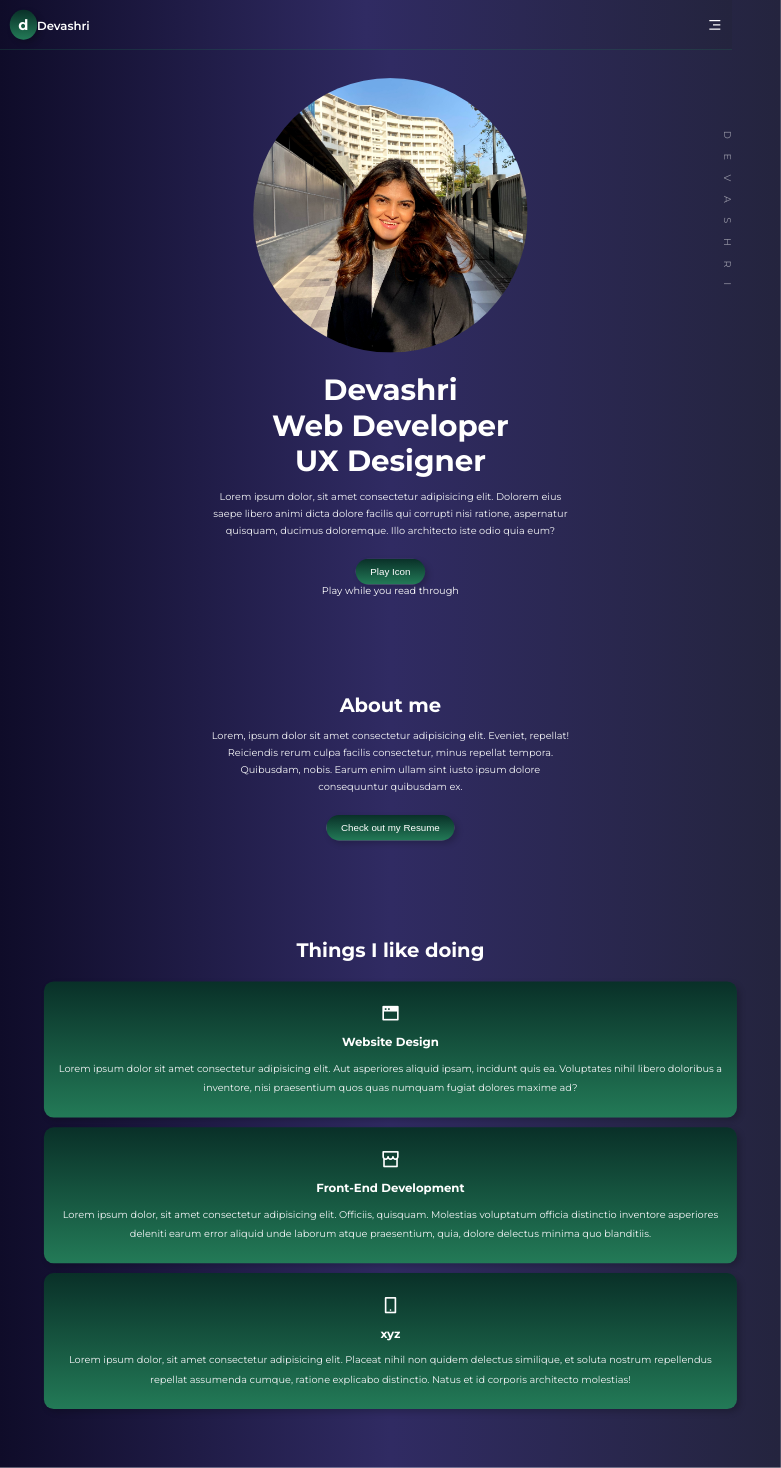
Repository: devashrisamani/devashrisamani.github.io
Page: index.html
These files come from the project's save history. The page is drawn as it stood at one moment and after the next save; the edit follows.
The browser window is 1280 px wide. The pictures show the whole page, at 61% of full size.

Above is the page before, as saved 2025-09-24 19:44:35.

### index.html
<!DOCTYPE html>
<html lang="en">
  <head>
    <meta charset="UTF-8" />
    <meta http-equiv="X-UA-Compatible" content="IE=edge" />
    <meta name="viewport" content="width=device-width, initial-scale=1.0" />
    <title>Dev's portfolio</title>
    <link rel="preconnect" href="https://fonts.googleapis.com" />
    <link rel="preconnect" href="https://fonts.gstatic.com" crossorigin />
    <link
      href="https://fonts.googleapis.com/css2?family=Inter:ital,opsz,wght@0,14..32,100..900;1,14..32,100..900&family=Lora:ital,wght@0,400..700;1,400..700&family=Montserrat:ital,wght@0,100..900;1,100..900&family=Sacramento&display=swap"
      rel="stylesheet"
    />
    <link
      href="https://cdn.jsdelivr.net/npm/remixicon@3.5.0/fonts/remixicon.css"
      rel="stylesheet"
    />
    <link rel="stylesheet" href="/css/styles.css" />
  </head>
  <body>
    <nav>
      <div class="nav__bar">
        <a href="#"><span class="logo nav_logo">d</span>Devashri</a>
        <div class="nav__menu__btn" id="menu-btn">
          <!-- Icons from remix icon -->
          <i class="ri-menu-3-line"></i>
        </div>
      </div>
      <ul class="nav__links" id="nav-links">
        <li><a href="#home">Home</a></li>
        <li><a href="#about">About</a></li>
        <li><a href="#service">Service</a></li>
        <li><a href="#portfolio">Portfolio</a></li>
        <li><a href="#contact" class="btn">Contact</a></li>
        <a href="#contact" class="btn btn__large">Contact</a>
      </ul>
    </nav>
    <header class="section__container header__container" id="home">
      <div class="header__image">
        <img src="images/DevashriSamani.jpg" alt="profile" />
      </div>
      <div class="header__content">
        <div>
          <h1>
            Devashri <br />
            Web Developer <br />
            UX Designer
          </h1>
        </div>
        <p class="section__description">
          Lorem ipsum dolor, sit amet consectetur adipisicing elit. Dolorem eius
          saepe libero animi dicta dolore facilis qui corrupti nisi ratione,
          aspernatur quisquam, ducimus doloremque. Illo architecto iste odio
          quia eum?
        </p>
        <div class="header__btn">
          <button class="btn">Play Icon</button>
        </div>
        <p>Play while you read through</p>
      </div>
    </header>

    <section class="section__container about__container" id="about">
      <div class="about__image"></div>
      <div class="about__content">
        <h2 class="section__header">About me</h2>
        <p class="section__description">
          Lorem, ipsum dolor sit amet consectetur adipisicing elit. Eveniet,
          repellat! Reiciendis rerum culpa facilis consectetur, minus repellat
          tempora. Quibusdam, nobis. Earum enim ullam sint iusto ipsum dolore
          consequuntur quibusdam ex.
        </p>
        <div class="about__btn">
          <button class="btn">Check out my Resume</button>
        </div>
      </div>
    </section>

    <section class="section__container service__container" id="service">
      <h2 class="section__header">Things I like doing</h2>
      <div class="service__grid">
        <div class="service__card">
          <span><i class="ri-window-fill"></i></span>
          <h4>Website Design</h4>
          <p>
            Lorem ipsum dolor sit amet consectetur adipisicing elit. Aut
            asperiores aliquid ipsam, incidunt quis ea. Voluptates nihil libero
            doloribus a inventore, nisi praesentium quos quas numquam fugiat
            dolores maxime ad?
          </p>
        </div>
        <div class="service__card">
          <span><i class="ri-store-line"></i></span>
          <h4>Front-End Development</h4>
          <p>
            Lorem ipsum dolor, sit amet consectetur adipisicing elit. Officiis,
            quisquam. Molestias voluptatum officia distinctio inventore
            asperiores deleniti earum error aliquid unde laborum atque
            praesentium, quia, dolore delectus minima quo blanditiis.
          </p>
        </div>
        <div class="service__card">
          <span><i class="ri-smartphone-line"></i></span>
          <h4>xyz</h4>
          <p>
            Lorem ipsum dolor, sit amet consectetur adipisicing elit. Placeat
            nihil non quidem delectus similique, et soluta nostrum repellendus
            repellat assumenda cumque, ratione explicabo distinctio. Natus et id
            corporis architecto molestias!
          </p>
        </div>
      </div>
    </section>

    <!-- Portfolio Container -->
    <section class="seciton__container portfolio__container" id="portfolio">
      <h2 class="section__header"
    </section>
  </body>
</html>

### css/styles.css
/* Font Variables */
:root {
  --font-sacramento: "Sacramento", cursive;
  --font-lora: "Lora", serif;
  --font-inter: "Inter", serif;
  --font-montserrat: "Montserrat", sans-serif;
}

/* Color Variables */

:root {
  --primary-color: #093028;
  --secondary-color: #237a57;
  --extra-light: #f3f4f6;
  --white: #ffffff;
  --gradient-1: linear-gradient(to right, #0f0c29, #302b63, #24243e);
  --gradient-2: linear-gradient(
    to bottom,
    var(--primary-color),
    var(--secondary-color)
  );
  --max-width: 1200px;
}

* {
  padding: 0;
  margin: 0;
  box-sizing: border-box;
}

html,
body {
  scroll-behavior: smooth;
}

body {
  font-family: "Montserrat", sans-serif;
  color: var(--white);
  background-image: var(--gradient-1);
}

.section__container {
  max-width: var(--max-width);
  margin: auto;
  padding: 5rem 2rem;
}

.section__header {
  margin-bottom: 1rem;
  font-size: 2rem;
  font-weight: 700;
  text-align: center;
}

.btn {
  padding: 0.75rem 1.5rem;
  font-size: 1rem;
  font-weight: 500;
  color: var(--white);
  background-image: var(--gradient-2);
  outline: none;
  border: none;
  border-radius: 5rem;
  cursor: pointer;
  box-shadow: 5px 5px 10px rgba(0, 0, 0, 0.2);
}

/* Navbar - Change the logo later */
.logo {
  display: inline-block;
  padding: 10px 14px;
  font-size: 1.5rem;
  font-weight: 700;
  color: var(--white);
  background-image: var(--gradient-2);
  border-radius: 100%;
  box-shadow: 5px 5px 10px rgba(0, 0, 0, 0.2);
}

nav {
  position: fixed;
  isolation: isolate;
  top: 0;
  width: 100%;
  max-width: var(--max-width);
  margin: auto;
  z-index: 9;
}

.nav__bar {
  padding: 1rem;
  display: flex;
  align-items: center;
  justify-content: space-between;
  gap: 2rem;
  background-image: var(--gradient-1);
}

.nav__logo {
  padding: 9px 12px;
  font-size: 1.2rem;
}

.nav__bar a {
  font-size: 1.2rem;
  font-weight: 600;
  color: var(--white);
}

.nav__menu__btn {
  font-size: 1.5rem;
  color: var(--white);
  cursor: pointer;
}

.nav__links {
  list-style: none;
  position: absolute;
  width: 100%;
  padding: 2rem;
  display: flex;
  flex-direction: column;
  align-items: center;
  gap: 2rem;
  background-image: var(--gradient-2);
  transform: translateY(-100%);
  transition: 0.5s;
  z-index: -1;
}

.nav__links.open {
  transform: translateY(0);
}

.nav__links a {
  color: var(--white);
  transition: 0.3s;
}

.nav__links a:hover {
  color: var(--white);
}

.btn__large {
  display: none;
}

/* Header Container */

.header__container {
  padding-top: 8rem;
  display: grid;
  gap: 2rem;
  isolation: isolate;
}

.header__content {
  text-align: center;
}

.header__content h1 {
  margin-bottom: 1rem;
  font-size: 3rem;
  text-align: center;
}
.header__content .section__description {
  margin-bottom: 2rem;
}
/* Header Image */

.header__image {
  position: relative;
  isolation: isolate;
  z-index: -1;
}

.header__image img {
  max-width: 450px;
  margin-inline: auto;
  border-radius: 25rem;
}

.header__image::after {
  position: absolute;
  content: "DEVASHRI";
  letter-spacing: 1.5rem;
  opacity: 0.5;
  right: 1rem;
  top: 50%;
  transform: translate(50%, -50%) rotate(90deg);
}

/* About */

img {
  width: 100%;
  display: flex;
}

.section__description {
  max-width: 600px;
  margin-inline: auto;
  color: var(--extra-light);
  text-align: center;
  line-height: 1.75rem;
}

a {
  text-decoration: none;
}

.about-container {
  display: grid;
  gap: 2rem;
}

.about__image {
  position: relative;
  isolation: isolate;
  max-width: 400px;
  margin: auto;
}

.about__img {
  border-radius: 100%;
}

.about__bg-1,
.about__bg-2 {
  position: absolute;
  max-width: 150px;
  z-index: -1;
}

.about__bg-1 {
  top: 0;
  left: 0;
}

.about__bg-2 {
  right: 0;
  bottom: 0;
}

.about__content {
  text-align: center;
}

.about__content .section__description {
  margin-bottom: 2rem;
}

/* Service Section */

.service__grid {
  margin-top: 2rem;
  display: grid;
  gap: 1rem;
}

.service__card {
  padding: 2rem 1rem;
  text-align: center;
  background-image: var(--gradient-2);
  border-radius: 1rem;
  box-shadow: 5px 5px 10px rgba(0, 0, 0, 0.2);
}

.service__card span {
  display: inline-block;
  margin-bottom: 1rem;
  font-size: 2rem;
}

.service__card h4 {
  margin-bottom: 1rem;
  font-size: 1.2rem;
  font-weight: 700;
}

.service__card p {
  color: var(--extra-light);
  line-height: 2rem;
}

After the next save:
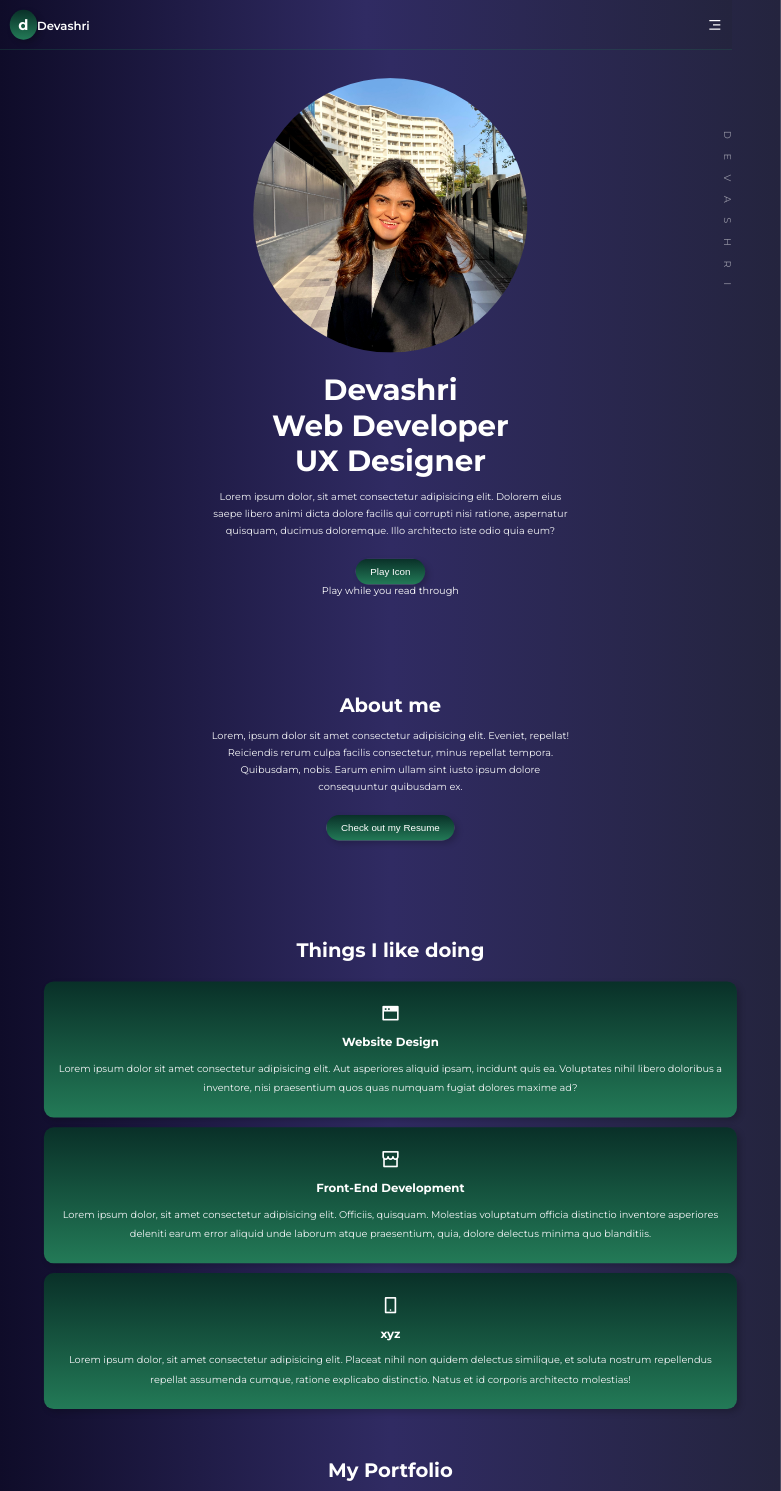
Saved 8 s later.
--- a/index.html
+++ b/index.html
@@ -114,7 +114,7 @@
 
     <!-- Portfolio Container -->
     <section class="seciton__container portfolio__container" id="portfolio">
-      <h2 class="section__header"
+      <h2 class="section__header">My Portfolio</h2>
     </section>
   </body>
 </html>
